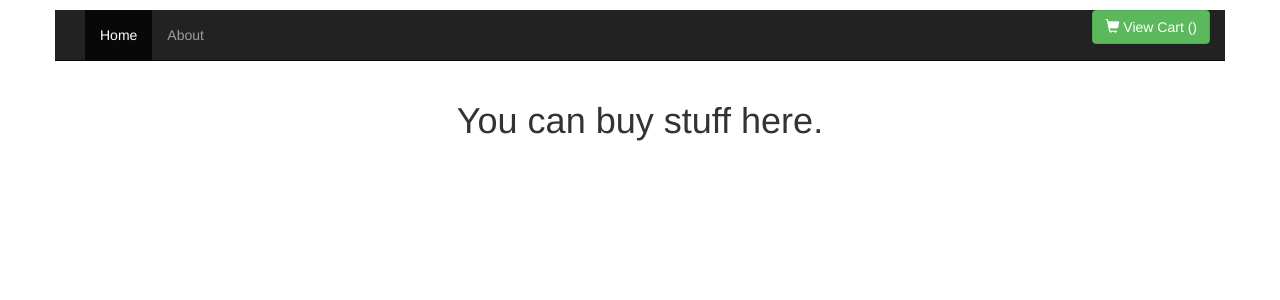
Repository: iancwwong/DigitalBibliographicalLibrary
Page: http://localhost/DigitalBibliographicLibrary/cartpage.jsp
These files come from the project's save history. The page is drawn as it stood at one moment and after the next save; the edit follows.
The browser window is 1280 px wide. The pictures show the whole page.
The page is served by Tomcat 9.

Above is the page before, as saved 2016-08-27 14:19:23.

After the next save:
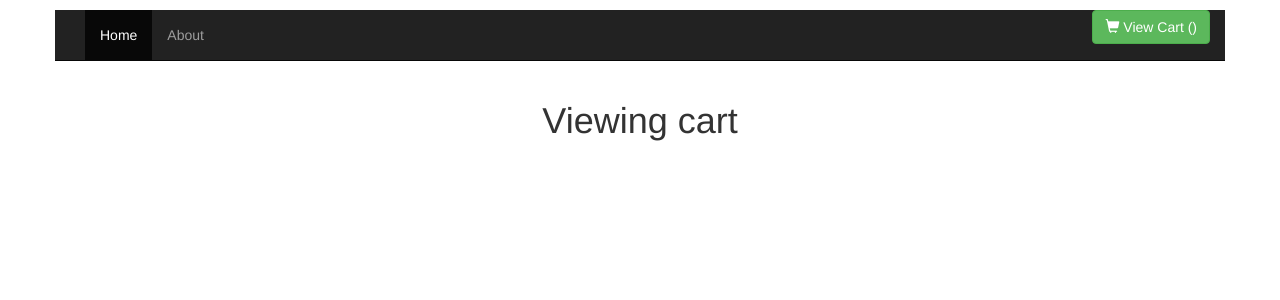
Saved 10 min 52 s later.
--- a/DigitalBibliographicLibrary/WebContent/cartpage.jsp
+++ b/DigitalBibliographicLibrary/WebContent/cartpage.jsp
@@ -26,7 +26,7 @@
 	<!-- Havbar -- >
 	<%@ include file="include/navbar.html"%>
 	<center>
-	<h1>You can buy stuff here.</h1>
+	<h1>Viewing cart</h1>
 	</center>
 
     <!-- ========= Bootstrap Core Javascript =========== -->
